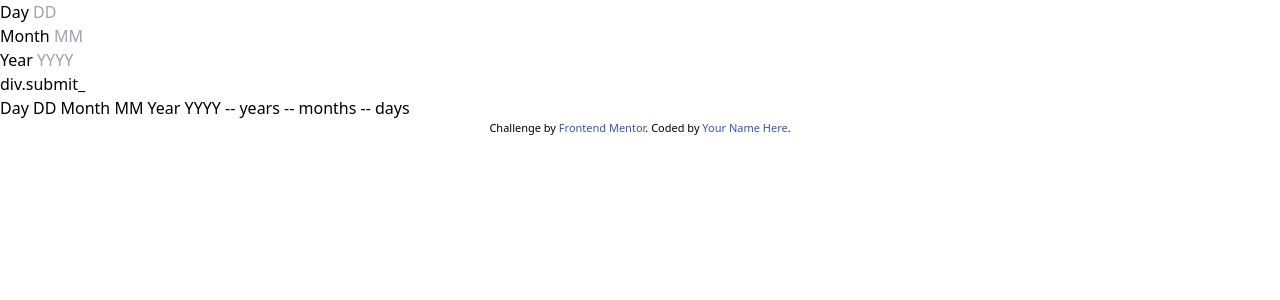
Repository: blordeus/age-calculator-app-main
Page: index.html
An editor plug-in stored every save of this project. The page is shown before and after a run of saves, followed by the edit.
The browser window is 1280 px wide. The pictures show the whole page.

Above is the page before, as saved 2023-08-25 19:51:28.

After the next 3 saves:
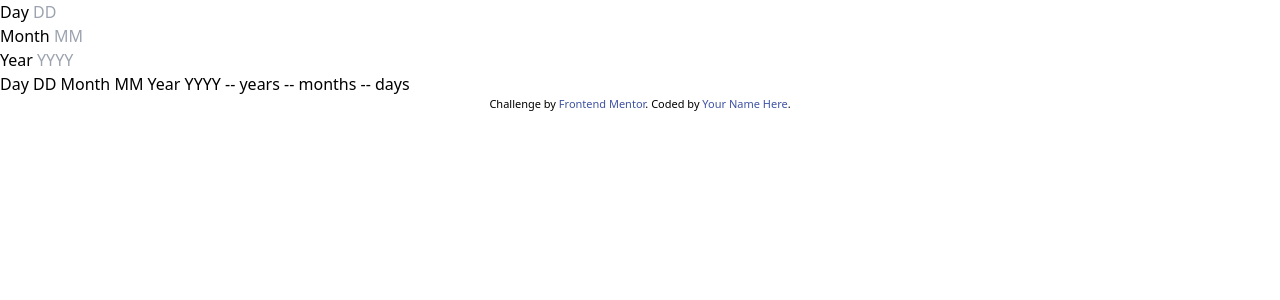
The 3 saves are shown as one change because they came seconds apart.
The last was saved 11 s later.
--- a/index.html
+++ b/index.html
@@ -30,7 +30,9 @@
             <input type="text" id="year" placeholder="YYYY">
             <small></small>
           </div>
-          div.submit_
+          <div class="submit_block">
+
+          </div>
         </div>
       </form>
     </div>
